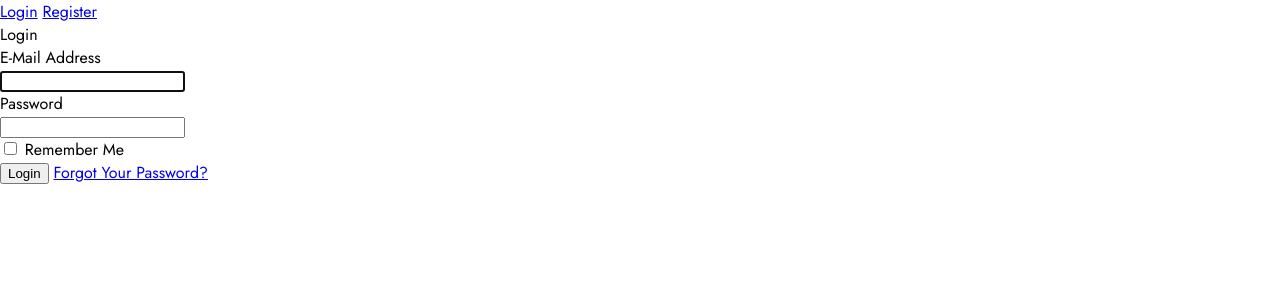
Repository: PatryxB/bikeService
Page: http://localhost/login
The author's editor kept a copy of each file at every save. The page is drawn from the files as they stood at one save, then again after the next save.
The browser window is 1280 px wide. The pictures show the whole page.
The page is served by the project's Laravel application, run on PHP 8.4 with Laravel 8. Other server files are loaded and not shown. Style sheets and scripts are compiled from the project's sources, by tool versions that may differ from the author's.

Above is the page before, as saved 2020-05-01 15:27:56.

### resources/views/layouts/app.blade.php
<!doctype html>
<html lang="{{ str_replace('_', '-', app()->getLocale()) }}">
<head>
    <meta charset="utf-8">
    <meta name="viewport" content="width=device-width, initial-scale=1">

    <!-- CSRF Token -->
    <meta name="csrf-token" content="{{ csrf_token() }}">

    <title>{{ config('app.name', 'Laravel') }}</title>

    <!-- Scripts -->
    <script src="{{ asset('js/app.js') }}" defer></script>

    <!-- Fonts -->
    <link rel="dns-prefetch" href="//fonts.gstatic.com">
    <link href="https://fonts.googleapis.com/css?family=Nunito" rel="stylesheet">

    <!-- Styles -->
    <link href="{{ asset('css/app.css') }}" rel="stylesheet">
</head>
<body>
    <div id="app">
        <nav>
            @if (Route::has('login'))
                @auth
                    <a href="{{ url('/home') }}">Home</a>
                @else
                    <a href="{{ route('login') }}">Login</a>

                    @if (Route::has('register'))
                        <a href="{{ route('register') }}">Register</a>
                    @endif
                @endauth
            @endif

        </nav>
        <main>
            @yield('content')
        </main>
    </div>
</body>
</html>

### resources/sass/app.scss
@import url('https://fonts.googleapis.com/css2?family=Jost&display=swap');
html, body{
    box-sizing: border-box;
    margin: 0;
    padding: 0;
    font-family: 'Jost', sans-serif;
}
.banner img{
    width: 100%;
    height: 92vh;
}

Loaded but not shown: routes/web.php (common file); app/Http/Controllers/Auth/LoginController.php (common file); app/Http/Controllers/Controller.php (common file); app/Http/Controllers/Auth/ConfirmPasswordController.php (common file); resources/views/auth/login.blade.php (common file)

After the next save:
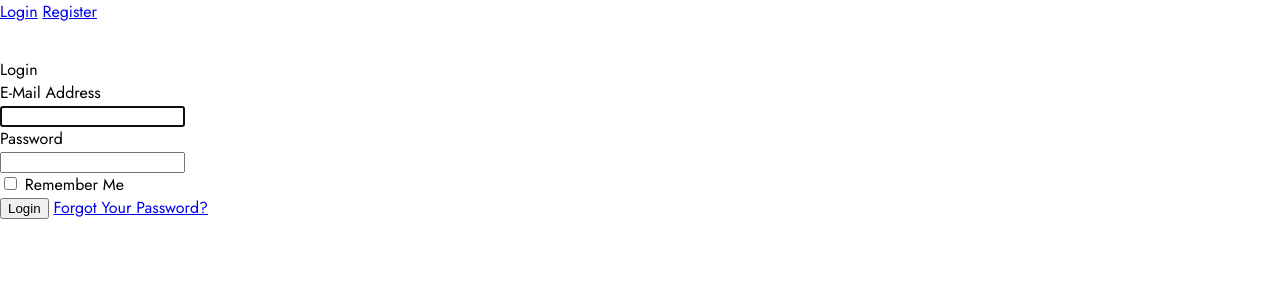
Saved 87 s later.
--- a/resources/sass/app.scss
+++ b/resources/sass/app.scss
@@ -9,3 +9,7 @@ html, body{
     width: 100%;
     height: 92vh;
 }
+nav{
+    width: 100%;
+    height: 8vh;
+}
